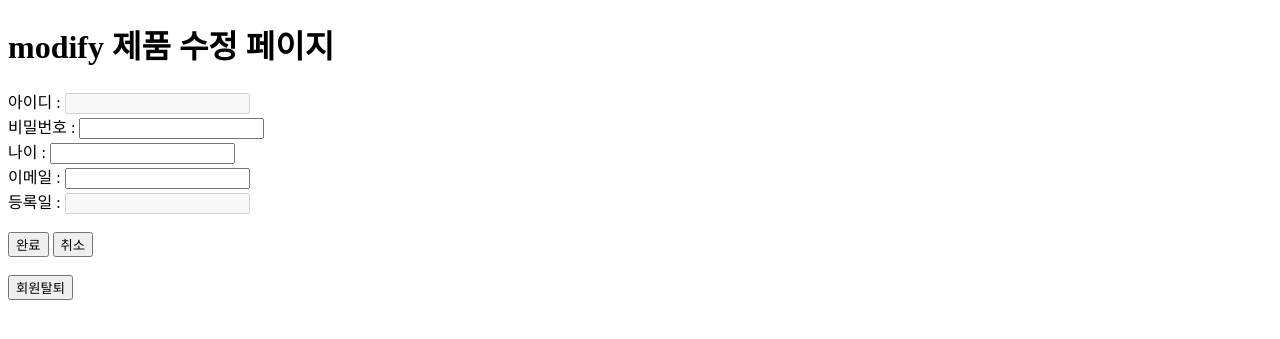
Repository: jungeunpark980906/back.jsp_study
Page: http://localhost/jsp_study4/member/modify.jsp
An editor plug-in stored every save of this project. The page is shown before and after the next save, followed by the edit.
The browser window is 1280 px wide. The pictures show the whole page.
The page is served by Tomcat 9. The template is opened directly, without the code that normally fills it, so the values that code supplies are empty.

Above is the page before, as saved 2023-05-30 02:26:37.

After the next save:
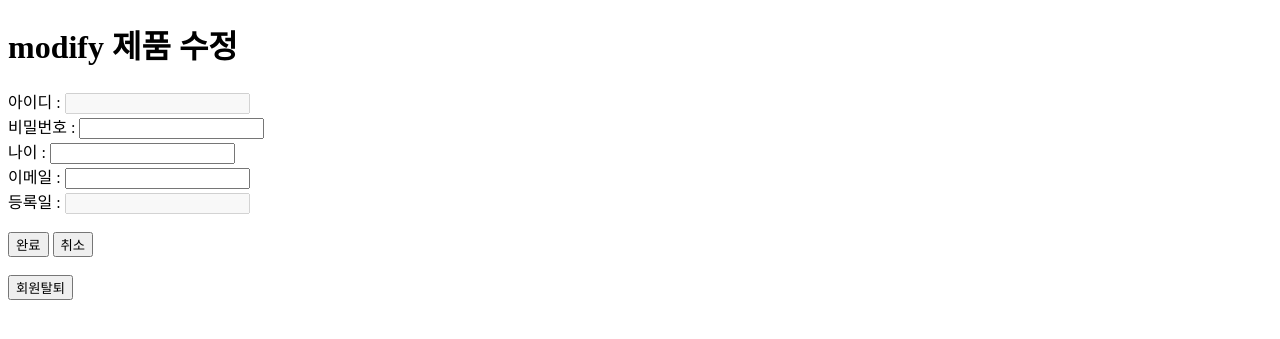
Saved 11 s later.
--- a/jsp_project4/jsp_study4/src/main/webapp/member/modify.jsp
+++ b/jsp_project4/jsp_study4/src/main/webapp/member/modify.jsp
@@ -8,7 +8,7 @@
 </head>
 <body>
 
-<h1>modify 제품 수정 페이지</h1>
+<h1>modify 제품 수정</h1>
 
 	<form action="/mem/modify" method="post">
 	<input type="hidden" name="id" value="${ses.id }">
